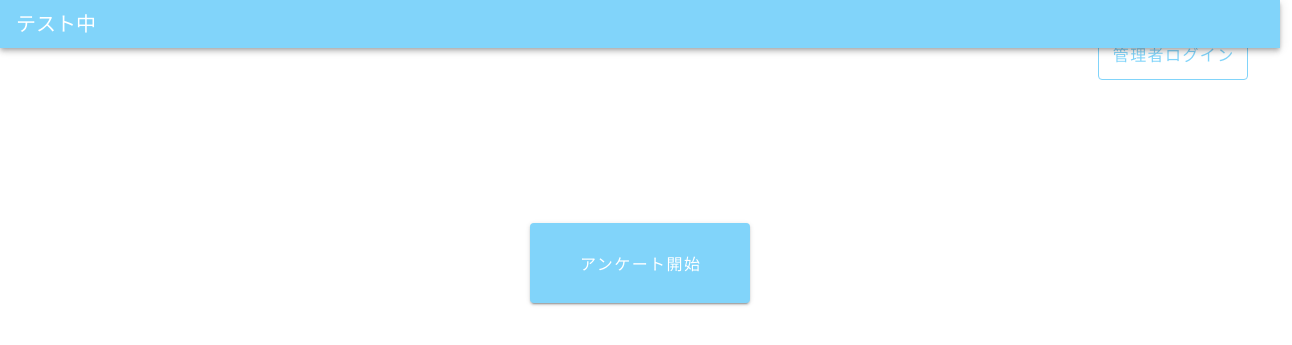
Repository: taniwhy/open-campus-system
Page: / (app in client_view/)
An editor plug-in stored every save of this project. The page is shown before and after a run of saves, followed by the edit.
The browser window is 1280 px wide. The page is 1292 px wide, so the pictures cover 1292 px, including what lies to the right of the window. The pictures show the whole page.
The project was rebuilt for these pictures with package versions that can differ from the ones it lists, and the page was loaded fresh each time. Also part of the build but not shown: client_view/vue.config.js, client_view/src/components/Branch.vue, client_view/src/components/Register.vue, client_view/src/components/Base_form.vue, client_view/src/components/Confirmation.vue, client_view/src/components/Admin.vue.

Above is the page before, as saved 2019-12-04 10:50:58.

After the next 2 saves:
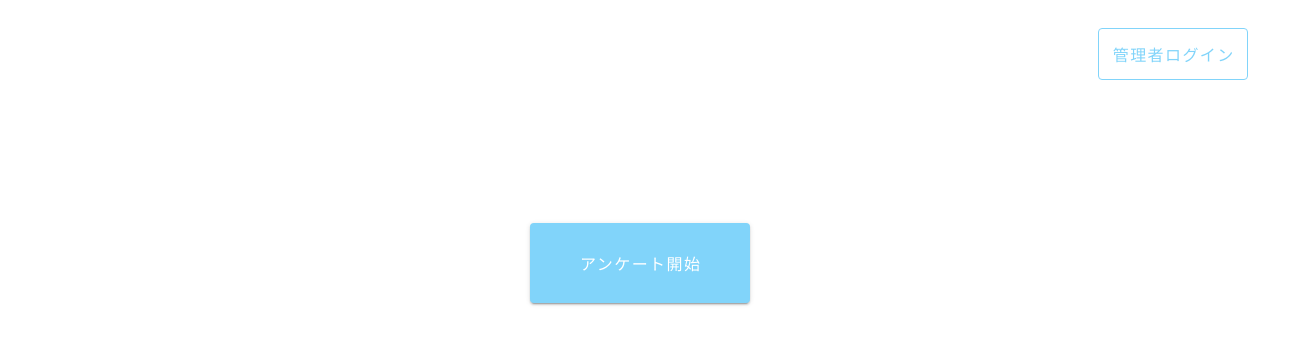
The 2 saves are shown as one change because they came seconds apart.
The last was saved 49 s later.
--- a/client_view/src/App.vue
+++ b/client_view/src/App.vue
@@ -1,14 +1,7 @@
 <template>
-  <v-app>
-    <div>
-      <v-app-bar absolute color="light-blue lighten-3" dense dark>
-         <v-toolbar-title>テスト中</v-toolbar-title>
-      </v-app-bar>
-    </div>
     <v-content>
       <router-view></router-view>
     </v-content>
-  </v-app>
 </template>
 
 <script>
